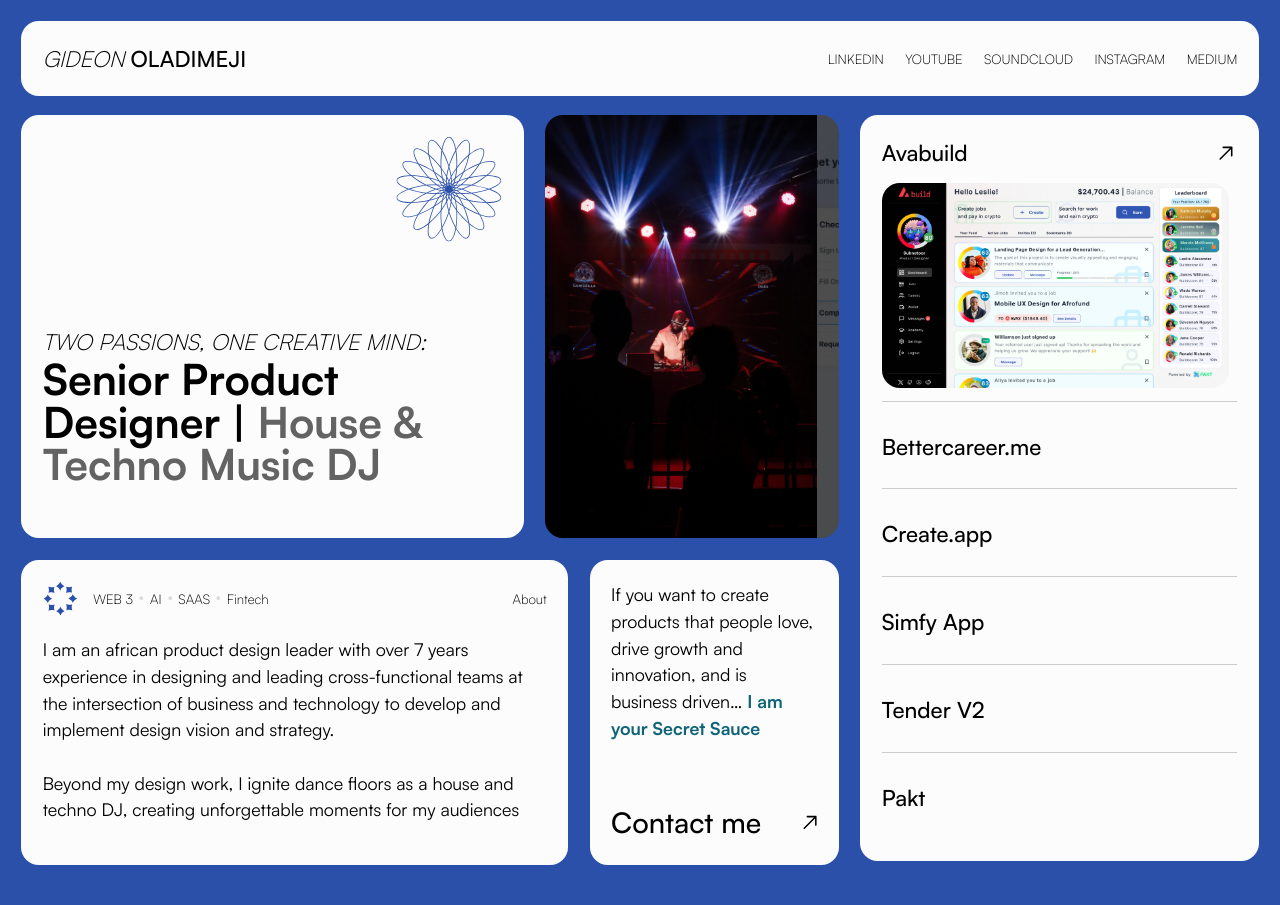
Repository: WilAy1/scalarbnae
Page: /
An editor plug-in stored every save of this project. The page is shown before and after the next save, followed by the edit.
The browser window is 1280 px wide. The pictures show the whole page.
The project was rebuilt for these pictures with package versions that can differ from the ones it lists, and the page was loaded fresh each time.

Above is the page before, as saved 2024-11-11 21:00:46.

### src/index.css
@tailwind base;
@tailwind components;
@tailwind utilities;

body {
  margin: 0;
  font-family: -apple-system, BlinkMacSystemFont, 'Segoe UI', 'Roboto', 'Oxygen',
    'Ubuntu', 'Cantarell', 'Fira Sans', 'Droid Sans', 'Helvetica Neue',
    sans-serif;
  -webkit-font-smoothing: antialiased;
  -moz-osx-font-smoothing: grayscale;
  height: 100%;
  width: 100%;
  background: #2B50AA;
}

code {
  font-family: source-code-pro, Menlo, Monaco, Consolas, 'Courier New',
    monospace;
}



@layer utilities {
  @font-face {
    font-family: satoshi;
    src: url(/src/assets/fonts/Satoshi-Variable.ttf) format("truetype");
  }
}

### src/App.css
.carousel-container {
  display: flex;
  overflow-x: hidden;
  scroll-snap-type: x mandatory;
  scroll-behavior: smooth;
  scrollbar-width: none;
  -ms-overflow-style: none;

}

.carousel-item {
  flex: none;
  scroll-snap-align: start;
  display: flex;
  justify-content: center;
  align-items: center;
  background-color: #f0f0f0;
  height: 100%;
}

### src/header.jsx
import { useState } from "react";

const HEADER_LINKS = [
    {
        title: "Linkedin",
        link: ""
    },
    {
        title: "Youtube",
        link: ""
    },
    {
        title: "Soundcloud",
        link: ""
    },
    {
        title: "Instagram",
        link: ""
    },
    {
        title: "Medium",
        link: ""
    }
]

const Header = ()=>{
    const [showMenu, setShowMenu] = useState(false);
    return (
        <div className='bg-[#FCFCFC] w-full rounded-[20px] px-[24px] py-[23.5px] lg:rounded-[1.389vw] lg:px-[1.667vw] lg:py-[1.632vw] font-satoshi'>
        <div className='w-full h-full flex items-center justify-between'>
          <div className='uppercase text-[18px] md:text-[22px] lg:text-[1.736vw]'><span className="italic font-[300]">Gideon</span><span className='font-medium'> oladimeji</span></div>
          <div className='hidden md:flex items-center md:gap-[16px] lg:gap-[1.667vw] uppercase md:text-[15px] lg:text-[1.042vw] font-[300]'>
            {
                HEADER_LINKS.map((header, key)=>{
                    return (
                        <a href={header.link} key={key} target="_blank" rel="noreferrer">{header.title}</a>
                    );
                })
            }
          </div>
          <div className="md:hidden block">
            <svg width="24" height="24" viewBox="0 0 24 24" fill="none" xmlns="http://www.w3.org/2000/svg">
            <path d="M9 3H4C3.44772 3 3 3.44772 3 4V11C3 11.5523 3.44772 12 4 12H9C9.55228 12 10 11.5523 10 11V4C10 3.44772 9.55228 3 9 3Z" stroke="black" stroke-linecap="round" stroke-linejoin="round"/>
            <path d="M20 3H15C14.4477 3 14 3.44772 14 4V7C14 7.55228 14.4477 8 15 8H20C20.5523 8 21 7.55228 21 7V4C21 3.44772 20.5523 3 20 3Z" stroke="black" stroke-linecap="round" stroke-linejoin="round"/>
            <path d="M20 12H15C14.4477 12 14 12.4477 14 13V20C14 20.5523 14.4477 21 15 21H20C20.5523 21 21 20.5523 21 20V13C21 12.4477 20.5523 12 20 12Z" stroke="black" stroke-linecap="round" stroke-linejoin="round"/>
            <path d="M9 16H4C3.44772 16 3 16.4477 3 17V20C3 20.5523 3.44772 21 4 21H9C9.55228 21 10 20.5523 10 20V17C10 16.4477 9.55228 16 9 16Z" stroke="black" stroke-linecap="round" stroke-linejoin="round"/>
            </svg>
          </div>
        </div>
        {showMenu && <Menu menuController={setShowMenu} />}
      </div>
    );
}

const Menu = ({menuController}) => {
    return (
        <div className="md:hidden fixed h-full w-full z-10 left-0 top-0 bg-[#2B50AA]">
            <div className="p-[24px] h-full flex flex-col gap-[58px]">
                <div className='bg-[#FCFCFC] w-full rounded-[20px] px-[24px] py-[23.5px] font-satoshi'>
                    <div className="flex items-center justify-between">
                        <div className="uppercase text-[18px]">Menu</div>
                        <div className="p-1" onClick={()=>menuController(false)}>
                        <svg width="24" height="24" viewBox="0 0 24 24" fill="none" xmlns="http://www.w3.org/2000/svg">
                        <path d="M18 6L6 18" stroke="black" stroke-linecap="round" stroke-linejoin="round"/>
                        <path d="M6 6L18 18" stroke="black" stroke-linecap="round" stroke-linejoin="round"/>
                        </svg>
                        </div>
                    </div>
                </div>
                <div className='h-full flex items-center flex-col text-[24px] text-white font-[400] gap-[58px]'>
                    {
                        HEADER_LINKS.map((header, key)=>{
                            return (
                                <a href={header.link} key={key} target="_blank" rel="noreferrer" className="capitalize">{header.title}</a>
                            );
                        })
                    }
                </div>
             </div>
        </div>
    );
}

export default Header;

### tailwind.config.js
/** @type {import('tailwindcss').Config} */
module.exports = {
  content: ["./src/**/*.{html,js,jsx}"],
  theme: {
    extend: {
      fontFamily: {
        satoshi: 'satoshi',
      },
    },
  },
  plugins: [],
}

Loaded but not shown: public/index.html (common file); src/index.js (common file); src/reportWebVitals.js (common file); src/App.js (246 lines, source omitted)

After the next save:
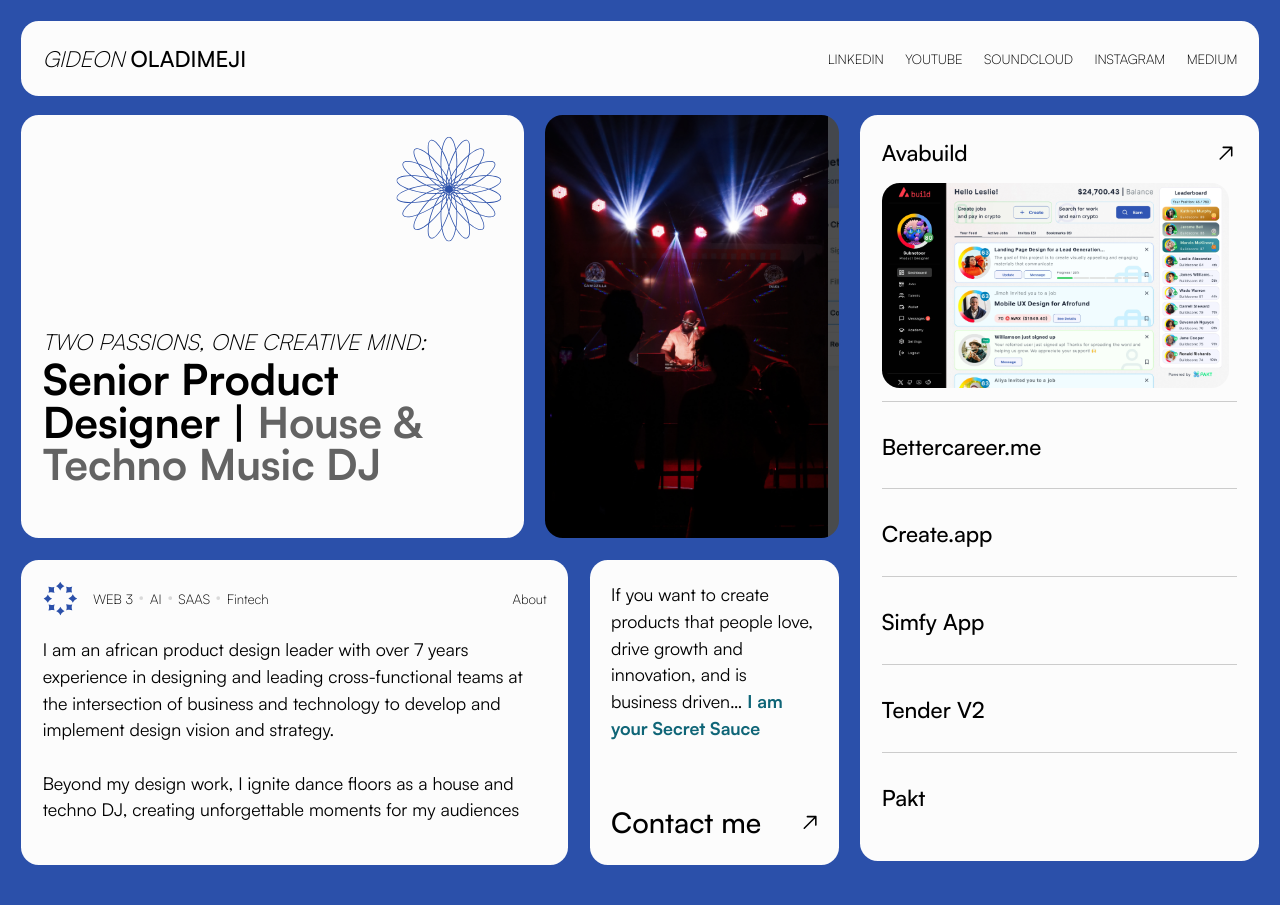
Saved 60 s later.
--- a/src/App.css
+++ b/src/App.css
@@ -8,12 +8,6 @@
 
 }
 
-.carousel-item {
-  flex: none;
+.carousel-container img {
   scroll-snap-align: start;
-  display: flex;
-  justify-content: center;
-  align-items: center;
-  background-color: #f0f0f0;
-  height: 100%;
 }
